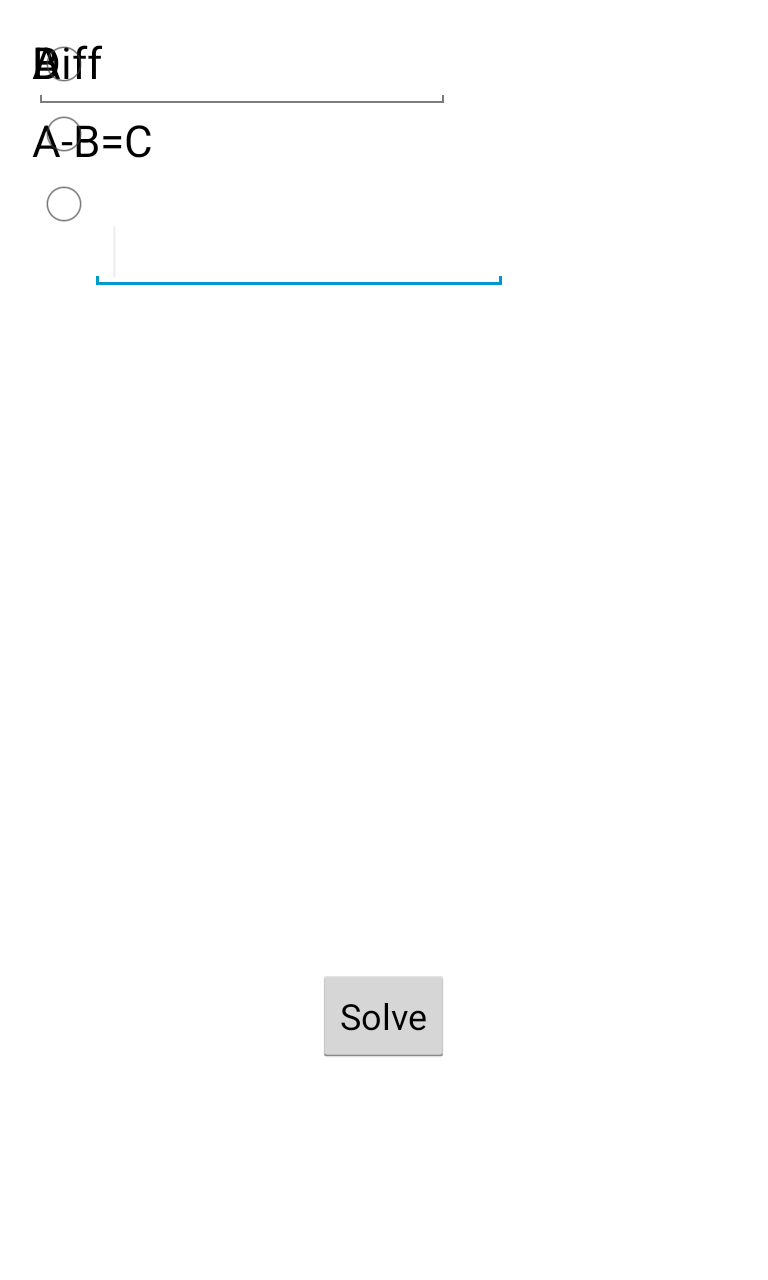
Repository: dtri123/Equation-Station
Layout: TheEquationStation/res/layout/subtraction_page.xml
These files come from the project's save history. The layout is drawn as it stood at one moment and after the next save; the edit follows.
It is drawn on a 768 x 1280 px phone screen (xhdpi) without system bars, with theme AppTheme; the app's code is not run.

Above is the layout before, as saved 2013-07-18 17:28:25.

After the next save:
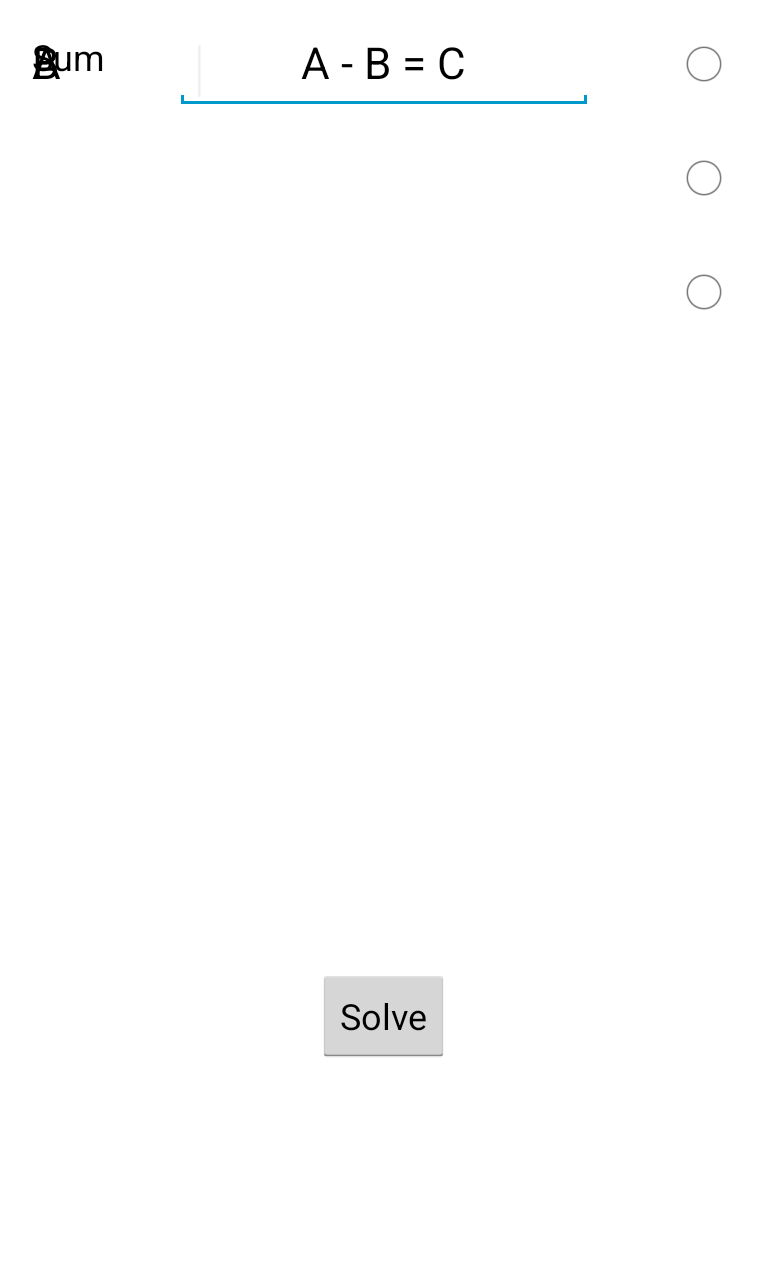
Saved 2 min 17 s later.
--- a/TheEquationStation/res/layout/subtraction_page.xml
+++ b/TheEquationStation/res/layout/subtraction_page.xml
@@ -18,12 +18,21 @@
         android:layout_marginBottom="92dp"
         android:text="Solve" />
 
+    <TextView
+        android:id="@+id/textView1"
+        android:layout_width="wrap_content"
+        android:layout_height="wrap_content"
+        android:layout_centerHorizontal="true"
+        android:text="A - B = C"
+        android:textAppearance="?android:attr/textAppearanceLarge" />
+
     <EditText
         android:id="@+id/editText_SubDiff"
         android:layout_width="wrap_content"
         android:layout_height="wrap_content"
-        android:layout_alignLeft="@+id/editText2"
-        android:layout_below="@+id/editText2"
+        android:layout_above="@+id/add_button"
+        android:layout_marginBottom="16dp"
+        android:layout_centerHorizontal="true"
         android:ems="10"
         android:inputType="numberDecimal" />
 
@@ -31,82 +40,76 @@
         android:id="@+id/editText_SubB"
         android:layout_width="wrap_content"
         android:layout_height="wrap_content"
-        android:layout_alignLeft="@+id/editText1"
-        android:layout_below="@+id/editText1"
+        android:layout_above="@+id/editText_AddSum"
+        android:layout_centerHorizontal="true"
+        android:layout_marginBottom="20dp"
         android:ems="10"
         android:inputType="numberDecimal" />
 
     <TextView
-        android:id="@+id/textView1"
+        android:id="@+id/textView4"
         android:layout_width="wrap_content"
         android:layout_height="wrap_content"
-        android:layout_alignLeft="@+id/button_add"
-        android:layout_marginTop="39dp"
-        android:text="A-B=C"
+        android:layout_alignBottom="@+id/editText_AddB"
+        android:layout_toLeftOf="@+id/editText_AddB"
+        android:text="B"
         android:textAppearance="?android:attr/textAppearanceLarge" />
+
+    <TextView
+        android:id="@+id/textView3"
+        android:layout_width="wrap_content"
+        android:layout_height="wrap_content"
+        android:layout_alignBottom="@+id/editText_AddA"
+        android:layout_toLeftOf="@+id/editText_AddA"
+        android:text="A"
+        android:textAppearance="?android:attr/textAppearanceLarge" />
+
+    <TextView
+        android:id="@+id/TextView01"
+        android:layout_width="wrap_content"
+        android:layout_height="wrap_content"
+        android:layout_alignBottom="@+id/editText_AddSum"
+        android:layout_toLeftOf="@+id/editText_AddSum"
+        android:text="Sum"
+        android:textAppearance="?android:attr/textAppearanceMedium" />
 
     <EditText
         android:id="@+id/editText_SubA"
         android:layout_width="wrap_content"
         android:layout_height="wrap_content"
-        android:layout_below="@+id/textView1"
-        android:layout_marginTop="22dp"
-        android:layout_toRightOf="@+id/textView4"
+        android:layout_above="@+id/editText_AddB"
+		android:layout_centerHorizontal="true"
+        android:layout_marginBottom="20dp"
         android:ems="10"
         android:inputType="numberDecimal" >
 
         <requestFocus />
     </EditText>
 
-    <TextView
-        android:id="@+id/textView4"
+    <RadioGroup
+        android:id="@+id/group2"
         android:layout_width="wrap_content"
         android:layout_height="wrap_content"
-        android:layout_above="@+id/editText3"
-        android:layout_marginRight="15dp"
-        android:text="B"
-        android:textAppearance="?android:attr/textAppearanceLarge" />
+        android:layout_alignBottom="@+id/editText_AddSum"
+        android:layout_alignParentRight="true"
+        android:orientation="vertical" >
 
-    <TextView
-        android:id="@+id/TextView01"
-        android:layout_width="wrap_content"
-        android:layout_height="wrap_content"
-        android:layout_alignBottom="@+id/editText3"
-        android:layout_alignLeft="@+id/textView4"
-        android:text="Diff"
-        android:textAppearance="?android:attr/textAppearanceLarge" />
+        <RadioButton
+            android:id="@+id/radioButtonSubA"
+            android:layout_width="wrap_content"
+            android:layout_height="wrap_content" />
 
-    <TextView
-        android:id="@+id/textView3"
-        android:layout_width="wrap_content"
-        android:layout_height="wrap_content"
-        android:layout_alignLeft="@+id/textView4"
-        android:layout_alignBottom="@+id/editText1"
-        android:text="A"
-        android:textAppearance="?android:attr/textAppearanceLarge" />
+        <RadioButton
+            android:id="@+id/radioButtonSubB"
+            android:layout_width="wrap_content"
+            android:layout_height="wrap_content"
+            android:layout_marginTop="25dp" />
 
-    <RadioGroup android:id="@+id/group1"
-	    android:layout_width="fill_parent"
-		android:layout_height="wrap_content"
-		android:orientation="vertical"
-		android:layout_alignBottom="@+id/editText3"
-		android:layout_toRightOf="@+id/editText3">"
+        <RadioButton
+            android:id="@+id/radioButtonDiff"
+            android:layout_width="wrap_content"
+            android:layout_height="wrap_content"
+            android:layout_marginTop="25dp" />
+    </RadioGroup>
 
-		<RadioButton
-			android:id="@+id/radioButtonAddA"
-			android:layout_width="wrap_content"
-			android:layout_height="wrap_content" />
-
-		<RadioButton
-			android:id="@+id/radioButtonAddB"
-			android:layout_width="wrap_content"
-			android:layout_height="wrap_content"
-			android:layout_marginTop="3dp" />
-
-		<RadioButton
-			android:id="@+id/radioButtonSum"
-			android:layout_width="wrap_content"
-			android:layout_height="wrap_content"
-			android:layout_marginTop="3dp"/>
-	</RadioGroup>
 </RelativeLayout>
